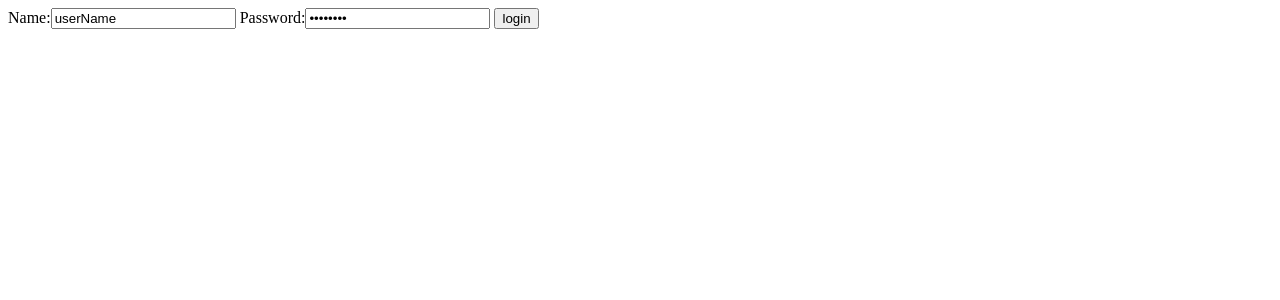
Repository: MounikaDandamudi/Servlets-Tutorials
Page: Servlets/Login/WebContent/Login.html
An editor plug-in stored every save of this project. The page is shown before and after the next save, followed by the edit.
The browser window is 1280 px wide. The pictures show the whole page.

Above is the page before, as saved 2016-08-01 21:48:40.

After the next save:
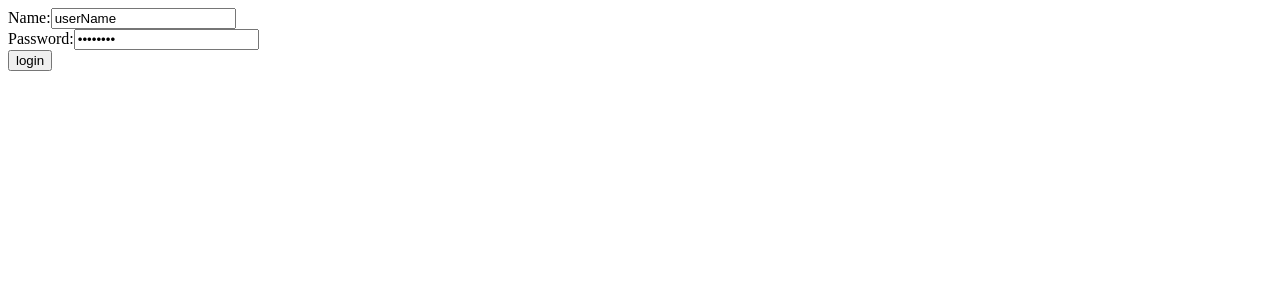
Saved 26 s later.
--- a/Servlets/Login/WebContent/Login.html
+++ b/Servlets/Login/WebContent/Login.html
@@ -6,8 +6,8 @@
 </head>
 <body>
 <form action="servlet1" method="get">
-Name:<input type="text" value="userName">
-Password:<input type="password" value="userPass">
+Name:<input type="text" value="userName"><br>
+Password:<input type="password" value="userPass"><br>
 <input type="button" value="login"/>
 </form>
 </body>
